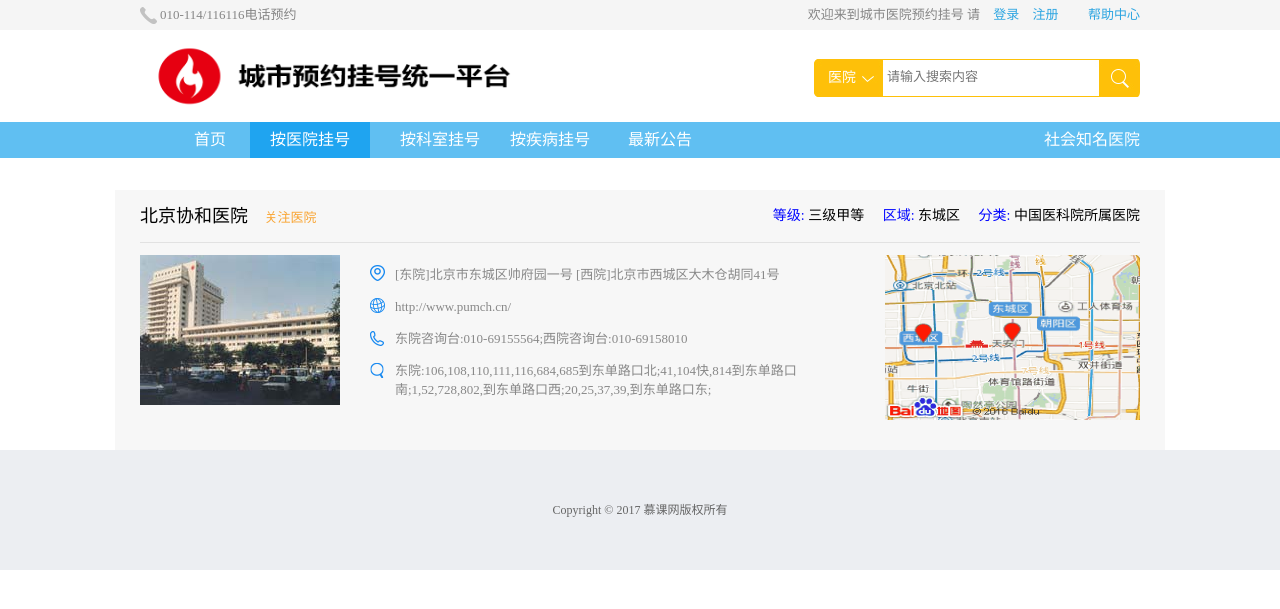
Repository: ScarApocalypse/study
Page: 挂号平台/hospital_detail.html
The author's editor kept a copy of each file at every save. The page is drawn from the files as they stood at one save, then again after the next save.
The browser window is 1280 px wide. The pictures show the whole page.

Above is the page before, as saved 2019-01-22 22:47:09.

After the next save:
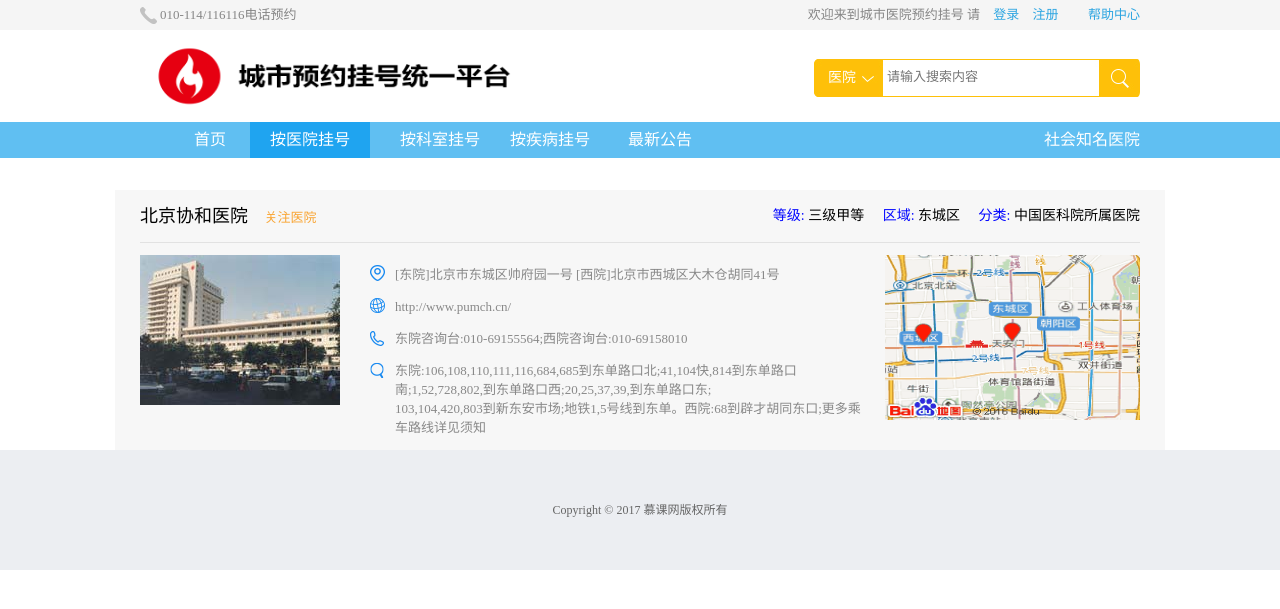
Saved 2 min 11 s later.
--- a/挂号平台/hospital_detail.html
+++ b/挂号平台/hospital_detail.html
@@ -77,7 +77,7 @@
             <div class="address">[东院]北京市东城区帅府园一号 [西院]北京市西城区大木仓胡同41号</div>
             <div class="website">http://www.pumch.cn/</div>
             <div class="phone">东院咨询台:010-69155564;西院咨询台:010-69158010</div>
-            <div class="message">东院:106,108,110,111,116,684,685到东单路口北;41,104快,814到东单路口南;1,52,728,802,到东单路口西;20,25,37,39,到东单路口东;</div>
+            <div class="message">东院:106,108,110,111,116,684,685到东单路口北;41,104快,814到东单路口南;1,52,728,802,到东单路口西;20,25,37,39,到东单路口东;<br>103,104,420,803到新东安市场;地铁1,5号线到东单。西院:68到辟才胡同东口;更多乘车路线详见须知</div>
         </div>
     </div>
     <!-- 页脚区域 -->
